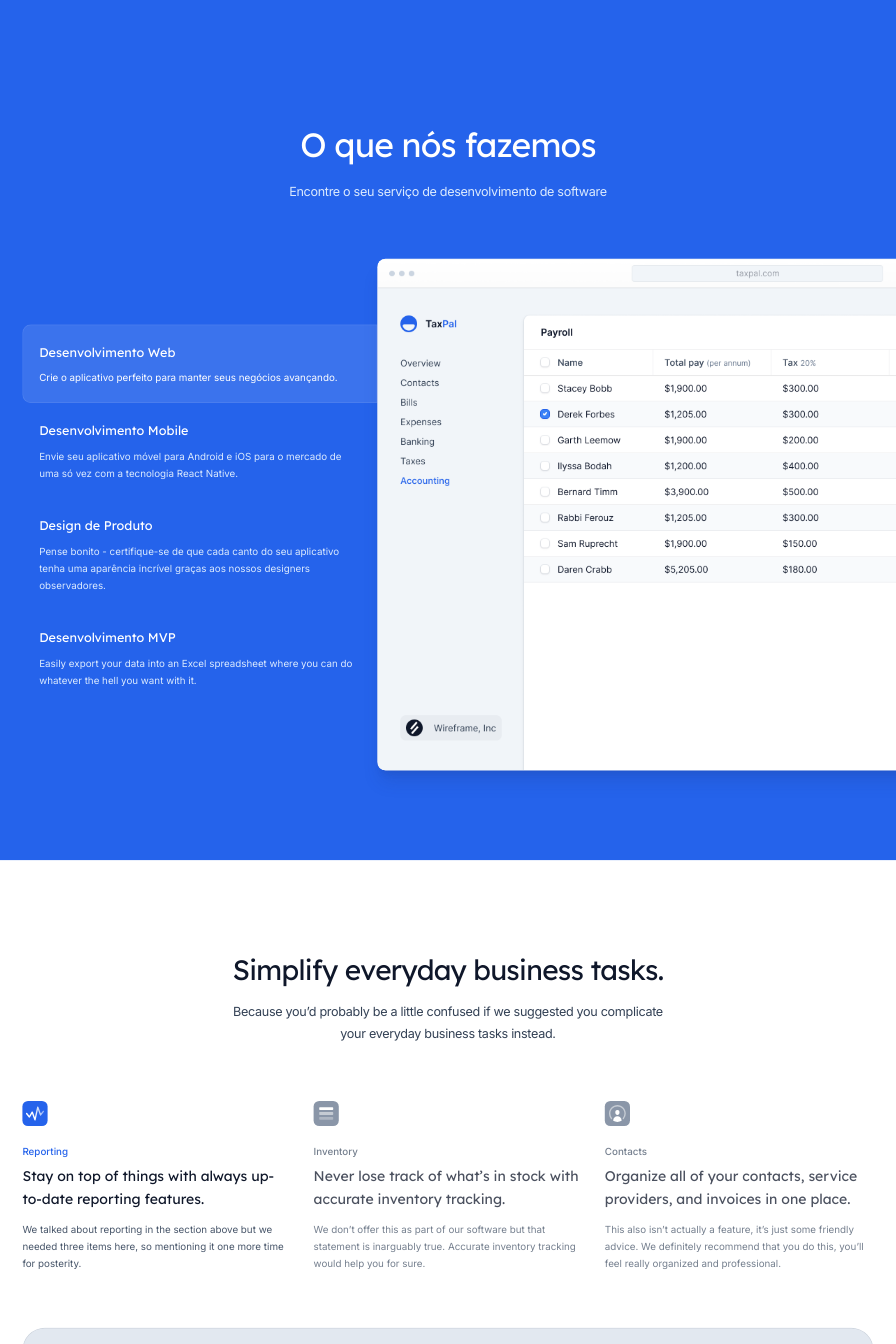
Repository: LuisSempre/imaginative
Page: /
These files come from the project's save history. The page is drawn as it stood at one moment and after the next save; the edit follows.
The browser window is 1280 px wide. The pictures show the part of the page from y = 1834 to 3754 px (the page is 9918 px tall), at 70% of full size.
The project was rebuilt for these pictures with package versions that can differ from the ones it lists, and the page was loaded fresh each time. The framework's server and built-in components were replaced by stand-ins that run in the browser. Also part of the build but not shown: next.config.js.

Above is the page before, as saved 2022-07-15 10:32:53.

After the next save:
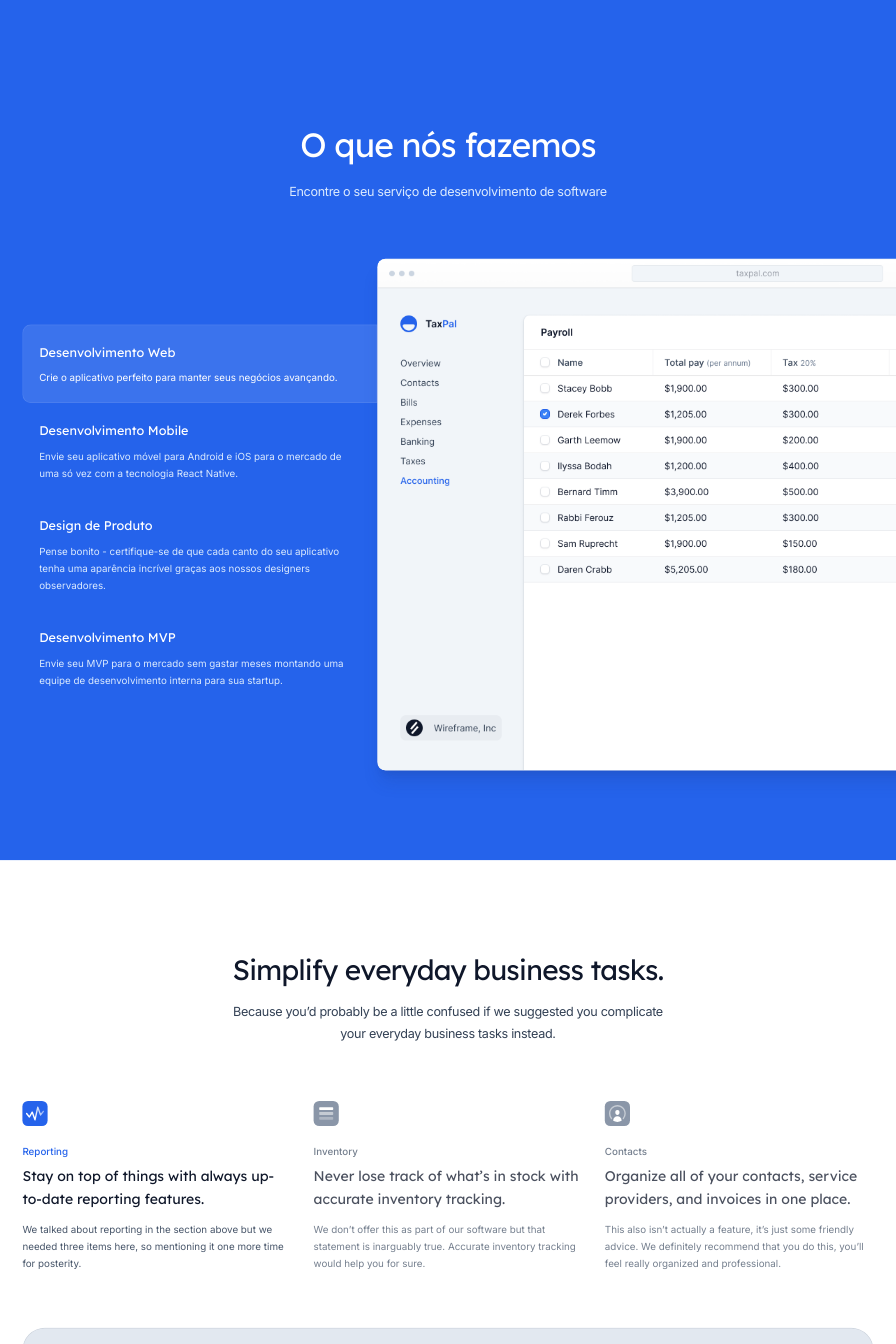
Saved 53 s later.
--- a/src/components/PrimaryFeatures.jsx
+++ b/src/components/PrimaryFeatures.jsx
@@ -32,7 +32,7 @@
   {
     title: 'Desenvolvimento MVP',
     description:
-      'Easily export your data into an Excel spreadsheet where you can do whatever the hell you want with it.',
+      'Envie seu MVP para o mercado sem gastar meses montando uma equipe de desenvolvimento interna para sua startup.',
     image: screenshotReporting,
   },
 ]
